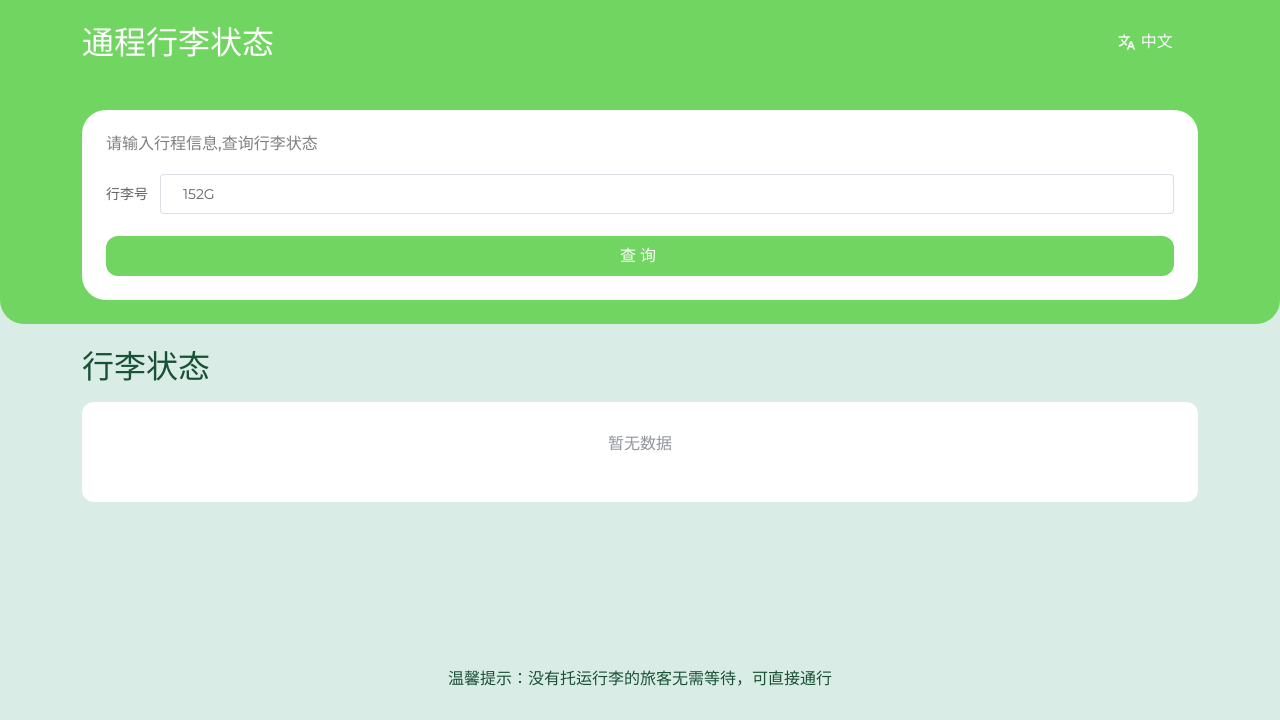
Repository: jhonMacTavish/through-baggage-web
Page: /
These files come from the project's save history. The page is drawn as it stood at one moment and after the next save; the edit follows.
The browser window is 1280 px wide. The pictures show the whole page.
The project was rebuilt for these pictures with package versions that can differ from the ones it lists, and the page was loaded fresh each time. Also part of the build but not shown: vite.config.js, src/components/Main copy.vue, src/components/NavBar.vue, src/components/Scanner.vue. Imported but missing from the stored project, and not drawn on this page: src/assets/icons/GlobeIcon.vue, src/assets/icons/LogoIcon.vue, src/assets/icons/ProfileIcon.vue, src/assets/icons/QuestionIcon.vue.

Above is the page before, as saved 2025-02-24 16:42:55.

### index.html
<!--
 * @Author: error: error: git config user.name & please set dead value or install git && error: git config user.email & please set dead value or install git & please set dead value or install git
 * @Date: 2025-02-23 17:18:54
 * @LastEditors: error: error: git config user.name & please set dead value or install git && error: git config user.email & please set dead value or install git & please set dead value or install git
 * @LastEditTime: 2025-02-24 12:03:02
 * @FilePath: \through_baggage_webt:\Projects\VS Code\vue-bootstrap-master\index.html
 * @Description: 这是默认设置,请设置`customMade`, 打开koroFileHeader查看配置 进行设置: https://github.com/OBKoro1/koro1FileHeader/wiki/%E9%85%8D%E7%BD%AE
-->
<!doctype html>
<html lang="en">
  <head>
    <meta charset="UTF-8" />
    <link rel="icon" type="image/svg+xml" href="/vite.svg" />
    <meta name="viewport" content="width=device-width, initial-scale=1.0" />
    <title>through baggage web</title>
  </head>
  <body>
    <div id="app" style="min-width: 375px;"></div>
    <script type="module" src="/src/main.js"></script>
  </body>
</html>

### src/main.js
/*
 * @Author: error: error: git config user.name & please set dead value or install git && error: git config user.email & please set dead value or install git & please set dead value or install git
 * @Date: 2025-02-23 17:18:54
 * @LastEditors: error: error: git config user.name & please set dead value or install git && error: git config user.email & please set dead value or install git & please set dead value or install git
 * @LastEditTime: 2025-02-24 00:55:03
 * @FilePath: \through_baggage_webt:\Projects\VS Code\vue-bootstrap-master\src\main.js
 * @Description: 这是默认设置,请设置`customMade`, 打开koroFileHeader查看配置 进行设置: https://github.com/OBKoro1/koro1FileHeader/wiki/%E9%85%8D%E7%BD%AE
 */
import { createApp } from 'vue';
// import PrimeVue from 'primevue/config';
// import AnimateOnScroll from 'primevue/animateonscroll';

// Import all of Bootstrap's CSS
import "bootstrap/dist/css/bootstrap.css";
// import 'primevue/resources/themes/aura-light-green/theme.css'
import './style.css';
import App from './App.vue';
import i18n from './i18n';


const app = createApp(App);

app.use(i18n);
// app.use(PrimeVue);
// app.directive('animateonscroll', AnimateOnScroll);
app.mount('#app');

import 'bootstrap/dist/js/bootstrap';

### src/components/Main.vue
<!--
 * @Author: error: error: git config user.name & please set dead value or install git && error: git config user.email & please set dead value or install git & please set dead value or install git
 * @Date: 2025-02-23 20:06:20
 * @LastEditors: error: error: git config user.name & please set dead value or install git && error: git config user.email & please set dead value or install git & please set dead value or install git
 * @LastEditTime: 2025-02-24 16:42:45
 * @FilePath: \through_baggage_webt:\Projects\VS Code\vue-bootstrap-master\src\components\Main.vue
 * @Description: 这是默认设置,请设置`customMade`, 打开koroFileHeader查看配置 进行设置: https://github.com/OBKoro1/koro1FileHeader/wiki/%E9%85%8D%E7%BD%AE
-->
<template>
  <section class="p-4 pb-3 bg-green">
    <div class="container d-flex justify-content-between align-items-center">
      <!-- <h2 class="text-center text-white" :style="`font-size: ${locale == 'en'? '16px': ''}`" >{{$t('messages.prompText.pageTitle')}}</h2> -->
      <h2 v-if="locale == 'zh'" class="text-center text-white">
        {{ $t("messages.prompText.pageTitle") }}
      </h2>
      <h6 v-else class="text-center text-white">
        {{ $t("messages.prompText.pageTitle") }}
      </h6>
      <div class="select-group">
        <el-dropdown
          size="large"
          trigger="click"
          style="margin: 2px 0 0 4px; font-size: 16px"
        >
          <span class="el-dropdown-link text-light">
            <svg
              data-v-f414ea64=""
              viewBox="0 0 24 24"
              width="1.2em"
              height="1.2em"
            >
              <path
                fill="currentColor"
                d="m18.5 10l4.4 11h-2.155l-1.201-3h-4.09l-1.199 3h-2.154L16.5 10h2zM10 2v2h6v2h-1.968a18.222 18.222 0 0 1-3.62 6.301a14.864 14.864 0 0 0 2.336 1.707l-.751 1.878A17.015 17.015 0 0 1 9 13.725a16.676 16.676 0 0 1-6.201 3.548l-.536-1.929a14.7 14.7 0 0 0 5.327-3.042A18.078 18.078 0 0 1 4.767 8h2.24A16.032 16.032 0 0 0 9 10.877a16.165 16.165 0 0 0 2.91-4.876L2 6V4h6V2h2zm7.5 10.885L16.253 16h2.492L17.5 12.885z"
              ></path>
            </svg>
            {{ $t(`messages.langs.${locale}`) }}
            <el-icon class="el-icon--right">
              <i-ep-Arrow-down />
            </el-icon>
          </span>
          <template #dropdown>
            <el-dropdown-menu>
              <el-dropdown-item @click="changeLang('zh')"
                >中文</el-dropdown-item
              >
              <el-dropdown-item @click="changeLang('en')"
                >English</el-dropdown-item
              >
            </el-dropdown-menu>
          </template>
        </el-dropdown>
      </div>
    </div>
  </section>

  <section class="p-4 bg-green rd-form">
    <div class="container">
      <div class="p-4 form-bg">
        <h6 class="form-title">{{ $t("messages.userText.formTitle") }}</h6>
        <el-form
          ref="ruleFormRef"
          :model="ruleForm"
          status-icon
          :rules="rules"
          label-width="auto"
        >
          <!-- <el-form-item
            class="item-marginBt"
            size="large"
            :label="$t('messages.userText.formInfo.passportNo')"
            prop="pptNo"
          >
            <el-input
              v-model="ruleForm.pptNo"
              maxlength="9"
              :formatter="(value) => value.toUpperCase()"
            >
              <template #prefix>
                <i-ep-Postcard />
              </template>
            </el-input>
          </el-form-item>
          <el-form-item
            class="item-marginBt"
            size="large"
            :label="$t('messages.userText.formInfo.flightNo')"
            prop="fltNo"
          >
            <el-input
              v-model="ruleForm.fltNo"
              maxlength="6"
              :formatter="(value) => value.toUpperCase()"
            >
              <template #prefix>
                <i-ep-Calendar />
              </template>
            </el-input>
          </el-form-item>
          <el-form-item
            class="item-marginBt"
            size="large"
            :label="$t('messages.userText.formInfo.seatNo')"
            prop="setNo"
          >
            <el-input
              v-model="ruleForm.setNo"
              maxlength="4"
              :formatter="(value) => value.toUpperCase()"
            >
              <template #prefix>
                <i-ep-PriceTag />
              </template>
            </el-input>
          </el-form-item> -->
          <el-form-item
            class="item-marginBt"
            size="large"
            :label="$t('messages.userText.formInfo.baggageNo')"
            prop="setNo"
          >
            <el-input
              v-model="ruleForm.setNo"
              maxlength="4"
              :formatter="(value) => value.toUpperCase()"
            >
              <template #prefix>
                <i-ep-Suitcase />
              </template>
            </el-input>
          </el-form-item>
          <el-form-item size="large">
            <el-button
              class="w-100 submitBtn"
              type="primary"
              @click="submitForm(ruleFormRef)"
            >
              <text
                :style="`
    letter-spacing: ${locale == 'zh' ? '4px' : ''};`"
                >{{ $t("messages.userText.formButton") }}</text
              >
            </el-button>
          </el-form-item>
        </el-form>
      </div>
    </div>
  </section>

  <section class="p-4 flex1">
    <div class="container">
      <h2 v-if="locale == 'zh'" class="info-title mb-3">
        {{ $t("messages.baggageText.stateTitle") }}
      </h2>
      <h6 v-else class="info-title mb-3">
        {{ $t("messages.baggageText.stateTitle") }}
      </h6>
      <div
        class="info-content p-4 d-flex justify-content-center align-items-center"
      >
        <p class="text-center">
          {{ $t('messages.baggageText.stateInfo.state0.str1') }}<br /><span
            class="attention"
            >{{ $t('messages.baggageText.stateInfo.state0.str2') }}</span
          >
        </p>
      </div>
    </div>
  </section>

  <footer class="p-4 text-center w-100">
    <div class="container">
      <h6>{{ $t('messages.prompText.pageFooter') }}</h6>
    </div>
  </footer>
</template>

<script lang="ts" setup>
import { onBeforeMount, onMounted, reactive, ref } from "vue";
import type { FormInstance, FormRules } from "element-plus";
import axios from "axios";
import { useI18n } from "vue-i18n";

const { locale, t } = useI18n();
const ruleFormRef = ref<FormInstance>();
const prompts = {
  res1: { str1: "您的行李已确认安全", str2: "请通行" },
  res2: { str1: "您没有托运行李", str2: "请通行" },
  res3: { str1: "您的行李尚未完全通过检查", str2: "请耐心等待" },
  res4: { str1: "很抱歉，未能查询到您的", str2: "行程及行李信息" },
};
let prompt = reactive({ str1: "暂无数据", str2: "" });

const changeLang = (type: string) => {
  console.log(type);
  locale.value = type;
  localStorage.setItem("lang", type);

  rules.pptNo[0].validator = createValidator(/^[G|E|P|S|D|C]\d{8}$/, t('messages.userText.validateText.passportNo'));
  rules.fltNo[0].validator = createValidator(/^[G|E|P|S|D|C]\d{8}$/, t('messages.userText.validateText.flightNo'));
  rules.setNo[0].validator = createValidator(/^[G|E|P|S|D|C]\d{8}$/, t('messages.userText.validateText.seatNo'));
};

// 表单验证规则
const createValidator = (pattern: RegExp, errorMsg: string) => {
  return (_rule: any, value: string, callback: any) => {
    console.log(value);
    console.log(pattern.test(value));
    if (!pattern.test(value)) {
      callback(new Error(errorMsg));
    } else {
      callback();
    }
  };
};

const ruleForm = reactive({
  pptNo: "E98549873",
  fltNo: "CA6754",
  setNo: "152G",
});

const rules: FormRules<typeof ruleForm> = {
  pptNo: [
    {
      validator: createValidator(/^[G|E|P|S|D|C]\d{8}$/, t('messages.userText.validateText.passportNo')),
      trigger: "blur",
    },
  ],
  fltNo: [
    {
      validator: createValidator(/^[A-Z]{2}\d{3,4}$/, t('messages.userText.validateText.flightNo')),
      trigger: "blur",
    },
  ],
  setNo: [
    {
      validator: createValidator(/^\d{1,3}[A-Z]$/, t('messages.userText.validateText.seatNo')),
      trigger: "blur",
    },
  ],
};

const submitForm = async (formEl: FormInstance | undefined) => {
  if (!formEl) return;
  try {
    const valid = await formEl.validate();
    if (valid) {
      const params = ruleForm;

      prompt.str1 = prompts.res3.str1;
      prompt.str2 = prompts.res3.str2;

      console.log(prompt);
      await axios.get("/api/baggages/status", { params }).then((res) => {
        console.log(res);
      });
    }
  } catch (error) {
    console.log(error);
  }
};

const resize = () => {};

onBeforeMount(() => {});

onMounted(() => {});
</script>

<style lang="less" scoped>
.bg-green {
  background-color: #71d561;
}

.rd-form {
  // padding: 80px;
  border-bottom-left-radius: 24px;
  border-bottom-right-radius: 24px;
}

.item-marginBt {
  // margin-bottom: 20px;
}

.el-form-item:last-child {
  margin: 0;
}

.form-bg {
  background-color: white;
  border-radius: 24px;

  .form-title {
    color: gray;
    margin-bottom: 20px;
  }
}

.submitBtn {
  border-radius: 12px;
  background-color: #71d561;
  border: none;

  text {
    font-size: 16px;
  }
}

.info-title {
  color: #195135;
  // font-size: 24px;
}

.info-content {
  width: 100%;
  height: 100px;
  border-radius: 12px;
  font-size: 16px;
  color: #9095a0;
  background-color: white;

  .attention {
    font-size: 24px;
    font-weight: bold;
  }
}

.select-group {
  position: relative;
  top: -4px;
  color: white;
  // font-weight: bold;
  // top: 20px;
  // right: 0;
}

.flex1 {
  flex: 1;
}

footer {
  position: absolute;
  bottom: 0;
  color: #195135;
}
</style>

### src/style.css
@import url('https://fonts.googleapis.com/css2?family=Montserrat:ital,wght@0,100..900;1,100..900&display=swap');

* {
  margin: 0;
  padding: 0;
  box-sizing: border-box;
}

body {
    font-family: "Montserrat", sans-serif;
    background-color: #D9EDE6;
}

#app{
  position: relative;
  height: 100vh;
}

### src/App.vue
<!--
 * @Author: error: error: git config user.name & please set dead value or install git && error: git config user.email & please set dead value or install git & please set dead value or install git
 * @Date: 2025-02-23 17:18:54
 * @LastEditors: error: error: git config user.name & please set dead value or install git && error: git config user.email & please set dead value or install git & please set dead value or install git
 * @LastEditTime: 2025-02-24 11:56:03
 * @FilePath: \through_baggage_webt:\Projects\VS Code\vue-bootstrap-master\src\App.vue
 * @Description: 这是默认设置,请设置`customMade`, 打开koroFileHeader查看配置 进行设置: https://github.com/OBKoro1/koro1FileHeader/wiki/%E9%85%8D%E7%BD%AE
-->
<script setup>
import Main from './components/Main.vue';

</script>

<template>
    <Main />
</template>

<style scoped></style>

### src/i18n/index.js
/*
 * @Author: error: error: git config user.name & please set dead value or install git && error: git config user.email & please set dead value or install git & please set dead value or install git
 * @Date: 2025-02-24 00:19:55
 * @LastEditors: error: error: git config user.name & please set dead value or install git && error: git config user.email & please set dead value or install git & please set dead value or install git
 * @LastEditTime: 2025-02-24 00:49:13
 * @FilePath: \through_baggage_webt:\Projects\VS Code\vue-bootstrap-master\src\i18n\index.js
 * @Description: 这是默认设置,请设置`customMade`, 打开koroFileHeader查看配置 进行设置: https://github.com/OBKoro1/koro1FileHeader/wiki/%E9%85%8D%E7%BD%AE
 */
import { createI18n } from 'vue-i18n';
import messages from './messages';

const i18n = createI18n({
    legacy: false,
    locale: localStorage.getItem('lang') || 'zh',
    messages,
});

export default i18n;

### src/i18n/messages.js
/*
 * @Author: error: error: git config user.name & please set dead value or install git && error: git config user.email & please set dead value or install git & please set dead value or install git
 * @Date: 2025-02-24 00:48:16
 * @LastEditors: error: error: git config user.name & please set dead value or install git && error: git config user.email & please set dead value or install git & please set dead value or install git
 * @LastEditTime: 2025-02-24 01:03:11
 * @FilePath: \through_baggage_webt:\Projects\VS Code\vue-bootstrap-master\src\i18n\messages.js
 * @Description: 这是默认设置,请设置`customMade`, 打开koroFileHeader查看配置 进行设置: https://github.com/OBKoro1/koro1FileHeader/wiki/%E9%85%8D%E7%BD%AE
 */
import zh from './langs/zh';
import en from './langs/en';

export default {
    zh,
    en,
};

### src/i18n/langs/zh.js
/*
 * @Author: error: error: git config user.name & please set dead value or install git && error: git config user.email & please set dead value or install git & please set dead value or install git
 * @Date: 2025-02-24 00:23:07
 * @LastEditors: error: error: git config user.name & please set dead value or install git && error: git config user.email & please set dead value or install git & please set dead value or install git
 * @LastEditTime: 2025-02-24 16:38:36
 * @FilePath: \through_baggage_webt:\Projects\VS Code\vue-bootstrap-master\src\i18n\langs\zh.js
 * @Description: 这是默认设置,请设置`customMade`, 打开koroFileHeader查看配置 进行设置: https://github.com/OBKoro1/koro1FileHeader/wiki/%E9%85%8D%E7%BD%AE
 */
export default {
  messages: {
    langs: {
      en: "English",
      zh: "中文",
    },

    prompText: {
      switchLang: "切换语言",
      pageTitle: "通程行李状态",
      pageFooter: "温馨提示：没有托运行李的旅客无需等待，可直接通行",
    },

    baggageText: {
      stateTitle: "行李状态",
      stateInfo: {
        state0: { str1: "暂无数据", str2: "" },
        state1: { str1: "您的行李已确认安全", str2: "请通行" },
        state2: { str1: "您没有托运行李", str2: "请通行" },
        state3: { str1: "您的行李尚未完全通过检查", str2: "请耐心等待" },
        state4: { str1: "很抱歉，未能查询到您的", str2: "行程及行李信息" },
      },
    },

    userText: {
      formTitle: "请输入行程信息,查询行李状态",
      formInfo: {
        passportNo: "护照号",
        flightNo: "航班号",
        seatNo: "座位号",
        baggageNo: "行李号"
      },
      validateText: {
        passportNo: "请输入正确的护照号",
        flightNo: "请输入正确的航班号",
        seatNo: "请输入正确的座位号",
      },
      formButton: "查询",
    },
  },
};

### src/i18n/langs/en.js
/*
 * @Author: error: error: git config user.name & please set dead value or install git && error: git config user.email & please set dead value or install git & please set dead value or install git
 * @Date: 2025-02-24 00:23:07
 * @LastEditors: error: error: git config user.name & please set dead value or install git && error: git config user.email & please set dead value or install git & please set dead value or install git
 * @LastEditTime: 2025-02-24 16:37:19
 * @FilePath: \through_baggage_webt:\Projects\VS Code\vue-bootstrap-master\src\i18n\langs\zh.js
 * @Description: 这是默认设置,请设置`customMade`, 打开koroFileHeader查看配置 进行设置: https://github.com/OBKoro1/koro1FileHeader/wiki/%E9%85%8D%E7%BD%AE
 */
export default {
  messages: {
    langs: {
      en: "English",
      zh: "中文",
    },

    prompText: {
      switchLang: "Switch language",
      pageTitle: "Through baggage status",
      pageFooter: "Tips: Passengers without checked baggage can pass directly without waiting",
    },

    baggageText: {
      stateTitle: "Baggage status",
      stateInfo: {
        state0: { str1: "No data", str2: "" },
        state1: { str1: "Your luggage has been confirmed safe", str2: "Please pass" },
        state2: { str1: "You have no checked baggage", str2: "Please pass" },
        state3: { str1: "Your baggage has not yet been fully screened", str2: "Please wait" },
        state4: { str1: "Sorry, we could not find your", str2: "Itinerary and baggage information" },
      },
    },

    userText: {
      formTitle: "Please enter your itinerary information to check your luggage status",
      formInfo: {
        passportNo: "Passport No.",
        flightNo: "Flight No.",
        seatNo: "Seat No.",
        baggageNo: "Baggage No."
      },
      validateText: {
        passportNo: "Enter your passport No.",
        flightNo: "Enter your flight No.",
        seatNo: "Enter your seat No.",
      },
      formButton: "Submit",
    },
  },
};

After the next save:
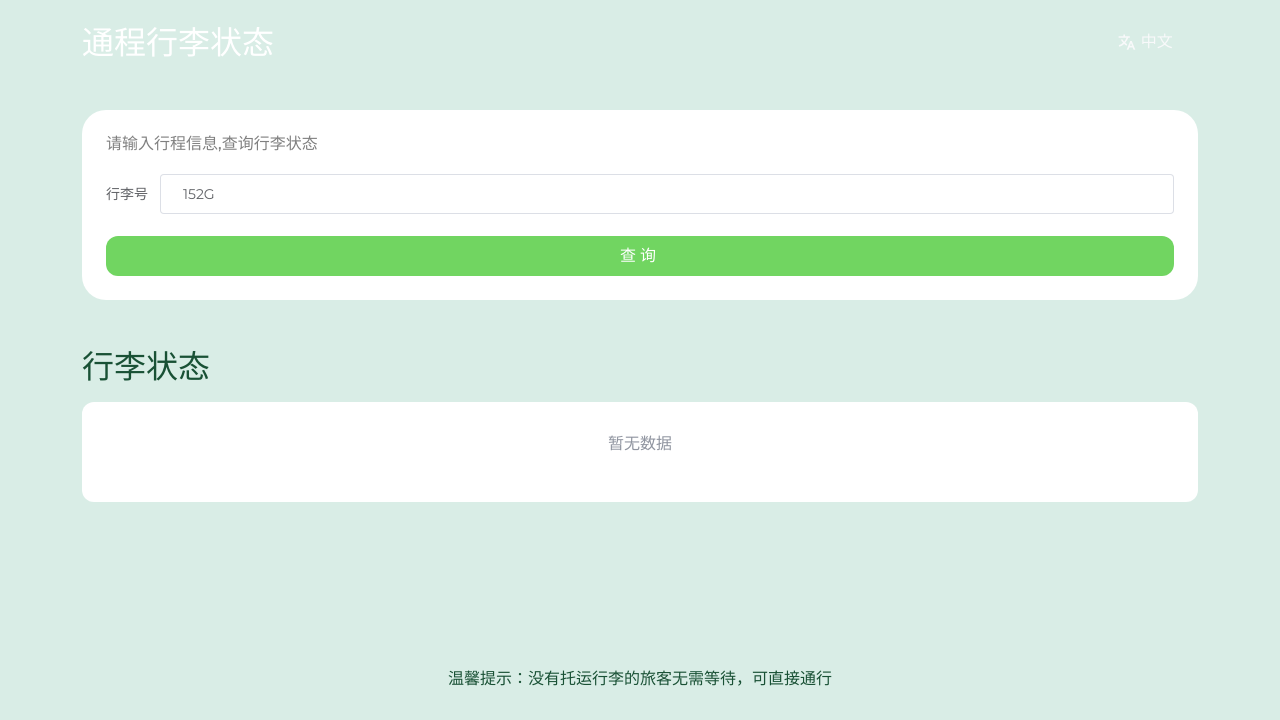
Saved 33 s later.
--- a/src/components/Main.vue
+++ b/src/components/Main.vue
@@ -270,7 +270,7 @@
 
 <style lang="less" scoped>
 .bg-green {
-  background-color: #71d561;
+  // background-color: #71d561;
 }
 
 .rd-form {

After the save that followed:
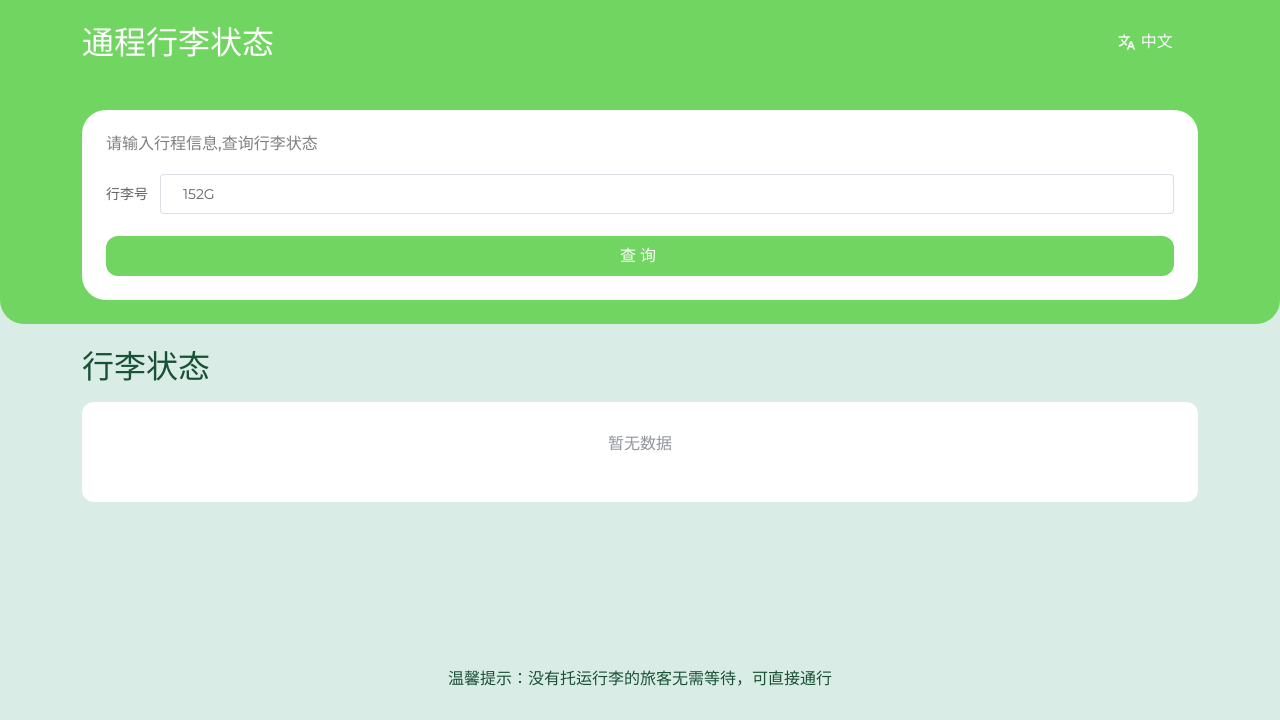
Saved 6 s later.
--- a/src/components/Main.vue
+++ b/src/components/Main.vue
@@ -270,7 +270,7 @@
 
 <style lang="less" scoped>
 .bg-green {
-  // background-color: #71d561;
+  background-color: #71d561;
 }
 
 .rd-form {
